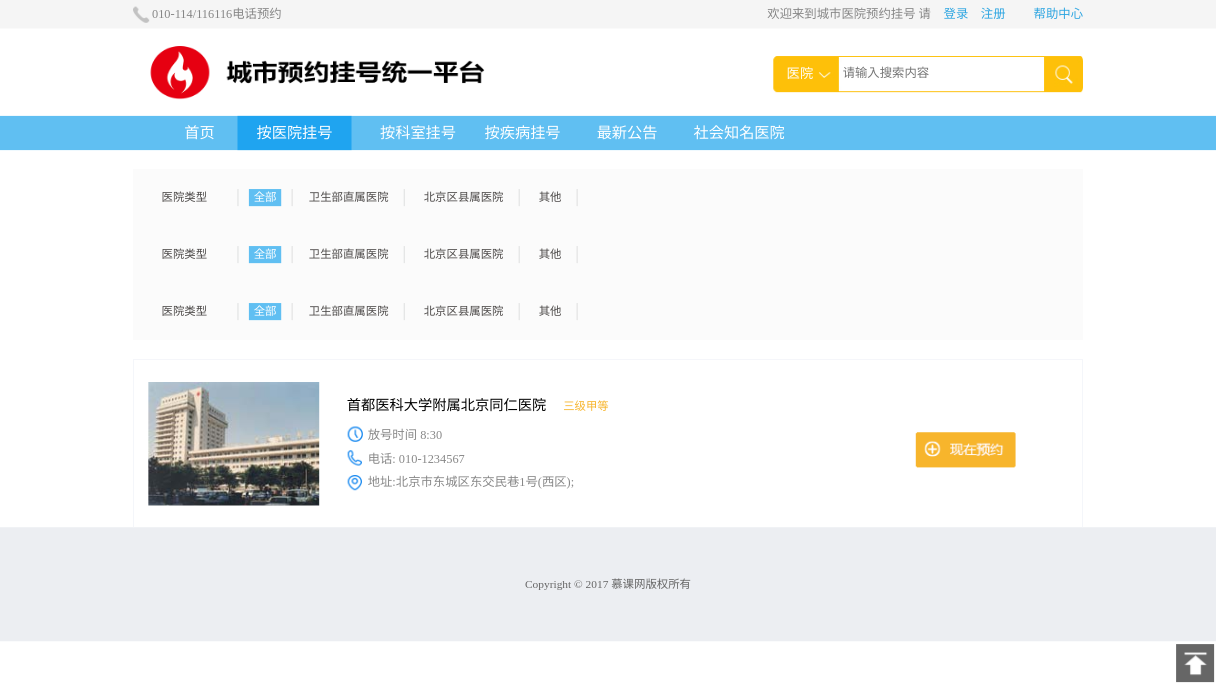
Repository: ScarApocalypse/study
Page: 挂号平台/hosptial.html
These files come from the project's save history. The page is drawn as it stood at one moment and after the next save; the edit follows.
The browser window is 1280 px wide. The pictures show the whole page, at 95% of full size.

Above is the page before, as saved 2019-01-21 16:26:55.

After the next save:
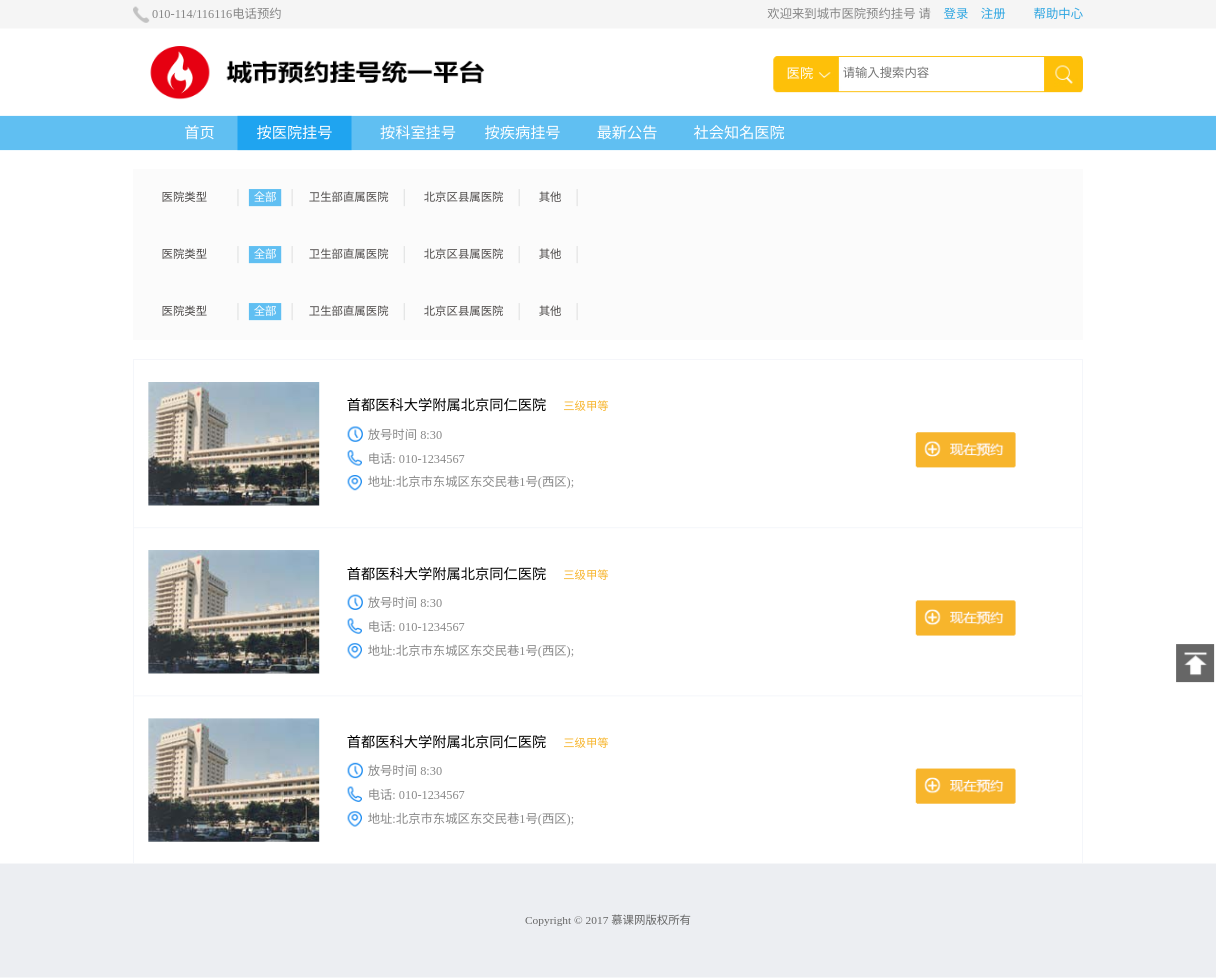
Saved 41 s later.
--- a/挂号平台/hosptial.html
+++ b/挂号平台/hosptial.html
@@ -90,8 +90,30 @@
         </div>
 
     </div>
-     <!-- 列表区域 -->
-     <div class="datalist wrap">
+    <!-- 列表区域 -->
+    <div class="datalist wrap">
+        <div class="item">
+            <div class="cover"><img src="img/hospital-1.jpg" alt=""></div>
+            <div class="name">
+                首都医科大学附属北京同仁医院
+                <span class="level">三级甲等</span>
+            </div>
+            <div class="time">放号时间 8:30</div>
+            <div class="phone">电话: 010-1234567</div>
+            <div class="address">地址:北京市东城区东交民巷1号(西区);</div>
+            <a href="#" class="button">&nbsp;</a>
+        </div>
+        <div class="item">
+            <div class="cover"><img src="img/hospital-1.jpg" alt=""></div>
+            <div class="name">
+                首都医科大学附属北京同仁医院
+                <span class="level">三级甲等</span>
+            </div>
+            <div class="time">放号时间 8:30</div>
+            <div class="phone">电话: 010-1234567</div>
+            <div class="address">地址:北京市东城区东交民巷1号(西区);</div>
+            <a href="#" class="button">&nbsp;</a>
+        </div>
         <div class="item">
             <div class="cover"><img src="img/hospital-1.jpg" alt=""></div>
             <div class="name">
